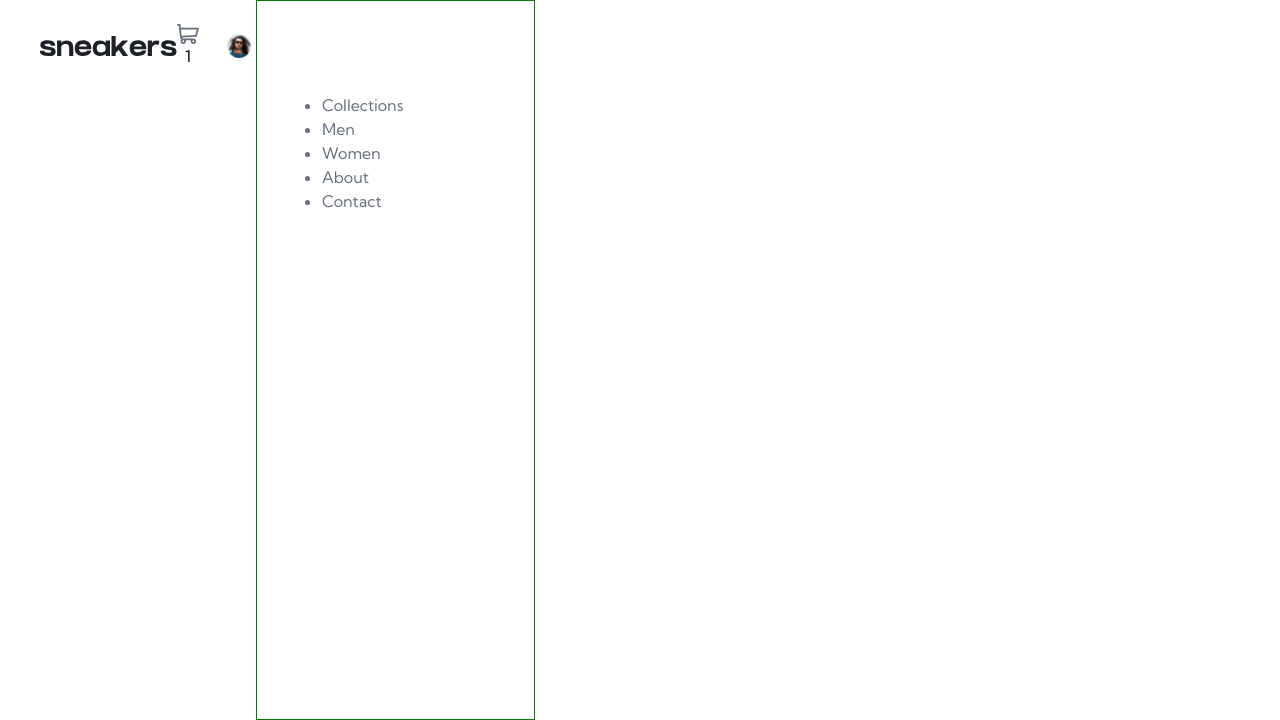
Repository: NikitaVologdin/React-Commerce-Product-Page
Page: /
An editor plug-in stored every save of this project. The page is shown before and after the next save, followed by the edit.
The browser window is 1280 px wide. The pictures show the whole page.
The project was rebuilt for these pictures with package versions that can differ from the ones it lists, and the page was loaded fresh each time. Also part of the build but not shown: vite.config.ts.

Above is the page before, as saved 2024-11-08 18:21:15.

After the next save:
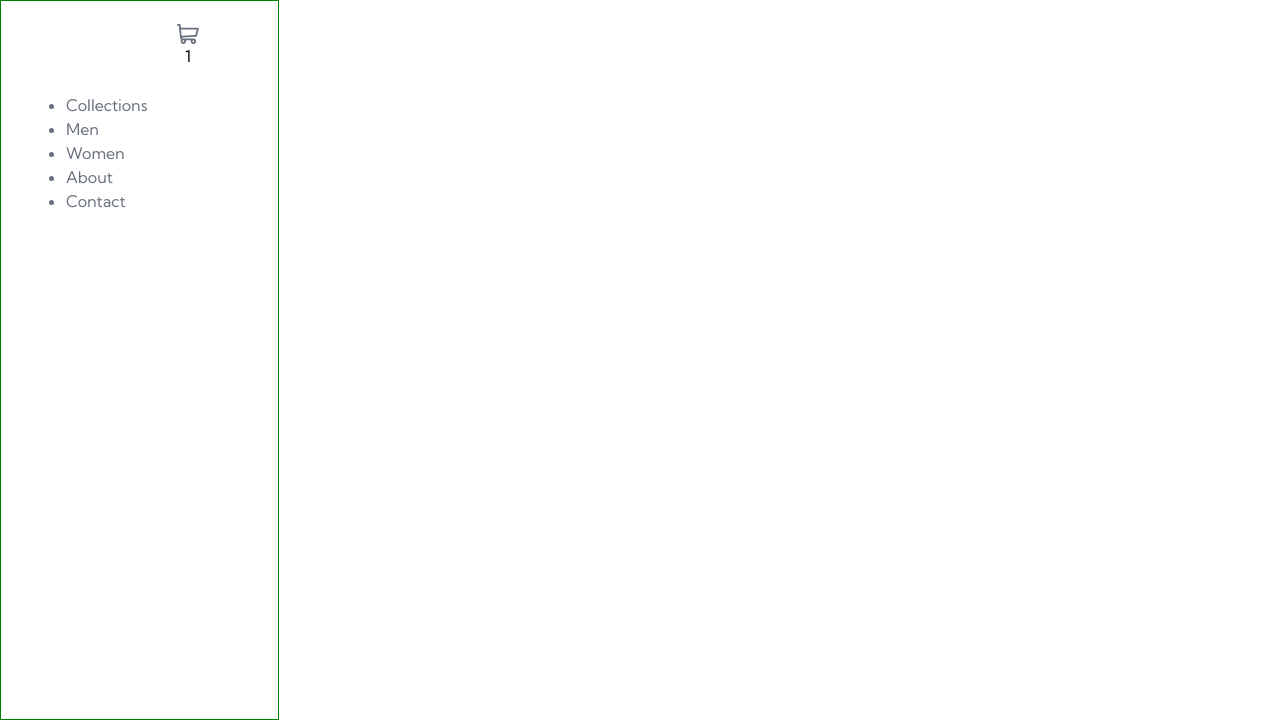
Saved 59 s later.
--- a/src/index.css
+++ b/src/index.css
@@ -62,7 +62,7 @@
   height: 100vh;
   top: 0;
   bottom: 0;
-  left: 20%;
+  left: 0%;
   padding: 92px 130px 0px 25px;
   &__list {
     display: flex;
